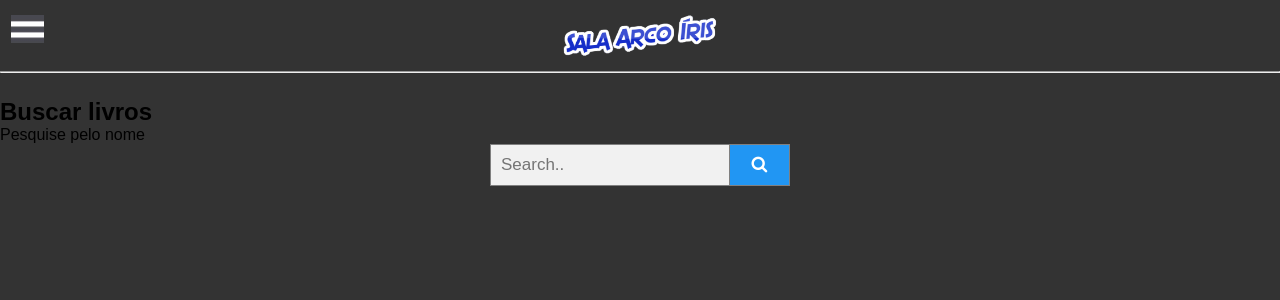
Repository: yuriandreisilva/projeto-individual-senai
Page: SalaArcoIris/WebContent/pages/listaLivros.html
These files come from the project's save history. The page is drawn as it stood at one moment and after the next save; the edit follows.
The browser window is 1280 px wide. The pictures show the whole page.

Above is the page before, as saved 2020-12-12 12:48:08.

After the next save:
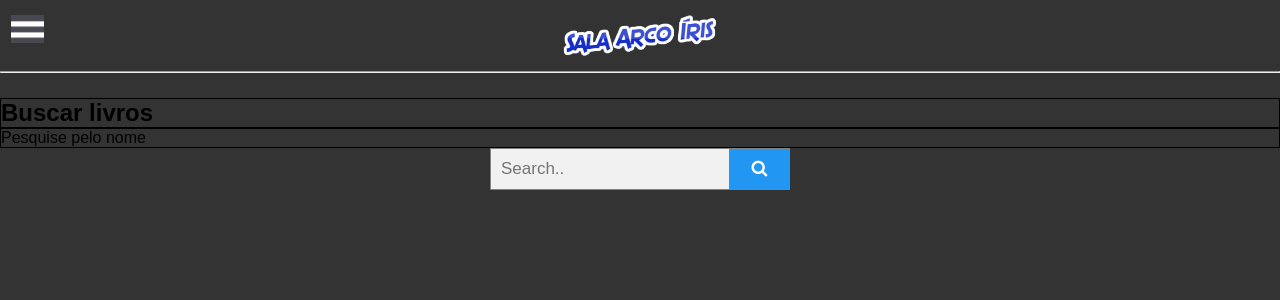
Saved 12 s later.
--- a/SalaArcoIris/WebContent/css/listaBusca.css
+++ b/SalaArcoIris/WebContent/css/listaBusca.css
@@ -38,5 +38,5 @@ form.example::after {
 }
 
 h2, p {
-	float:center;
+	border: 1px solid;
 }
